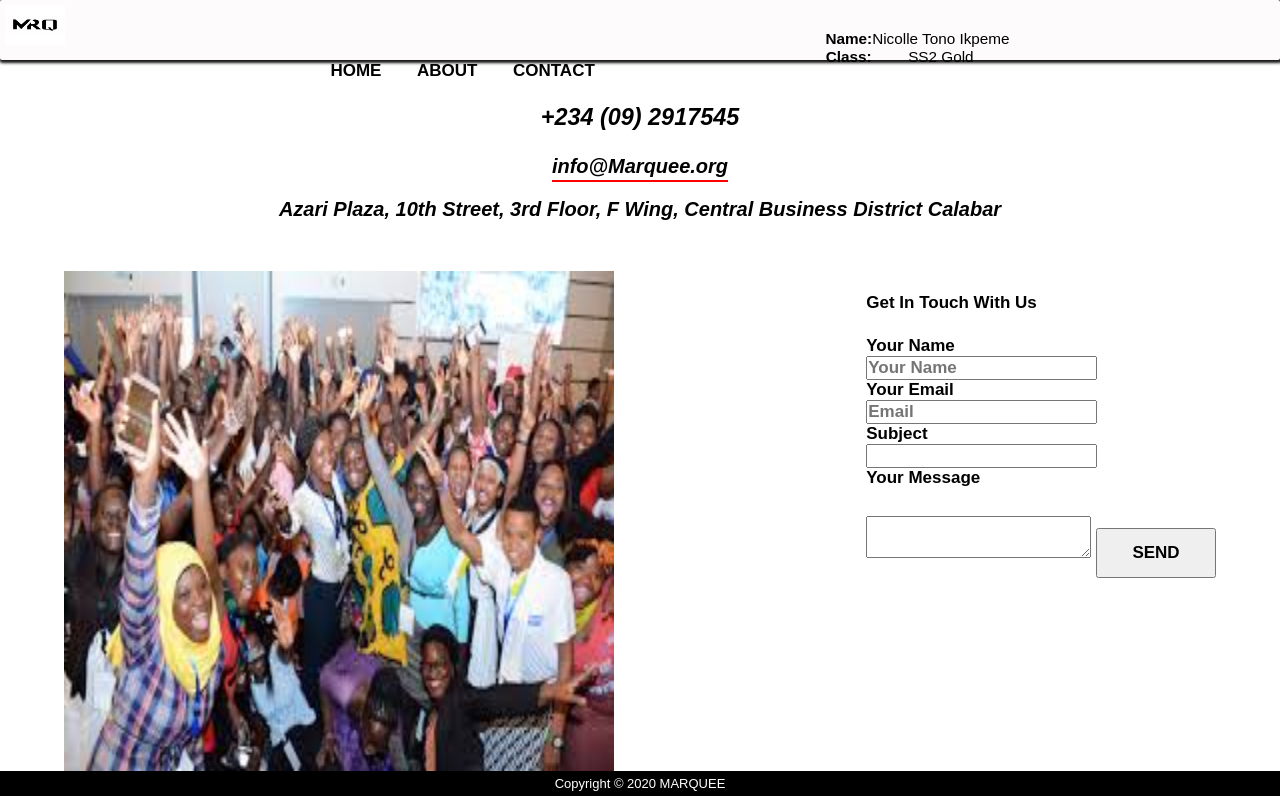
Repository: pboi18/Marquee.org
Page: contact.html
An editor plug-in stored every save of this project. The page is shown before and after the next save, followed by the edit.
The browser window is 1280 px wide. The pictures show the whole page.

Above is the page before, as saved 2020-07-11 21:39:25.

After the next save:
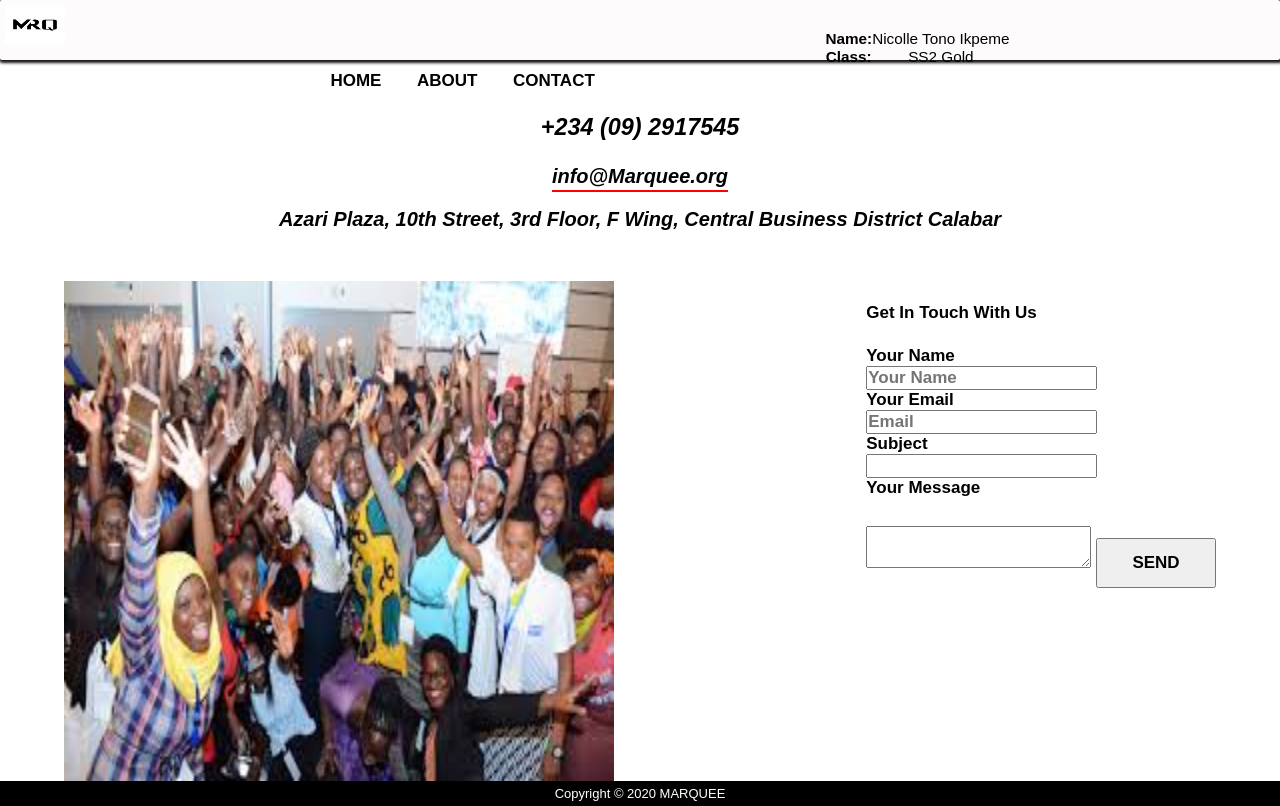
Saved 6 s later.
--- a/style.css
+++ b/style.css
@@ -70,7 +70,7 @@ label {
     border-bottom: 3px solid rgb(158, 0, 0);
 }
 .id {
-    display: inline-block;
+    display: block;
     padding: 10px;
     font-size: 90%;
 
